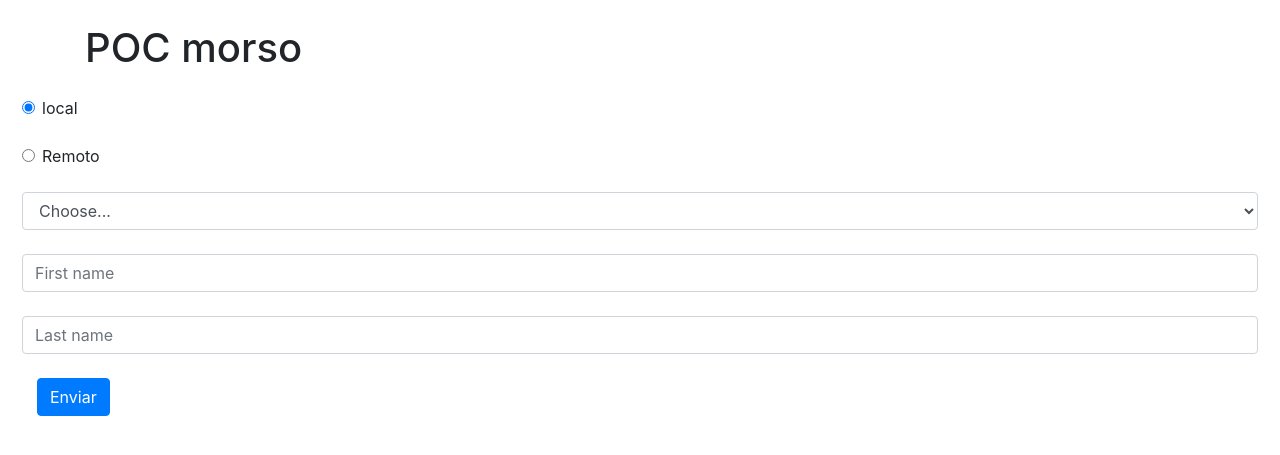
Repository: marisaoliva/poc-execute-cmd
Page: index.html
These files come from the project's save history. The page is drawn as it stood at one moment and after the next save; the edit follows.
The browser window is 1280 px wide. The pictures show the whole page.

Above is the page before, as saved 2019-03-01 14:59:48.

After the next save:
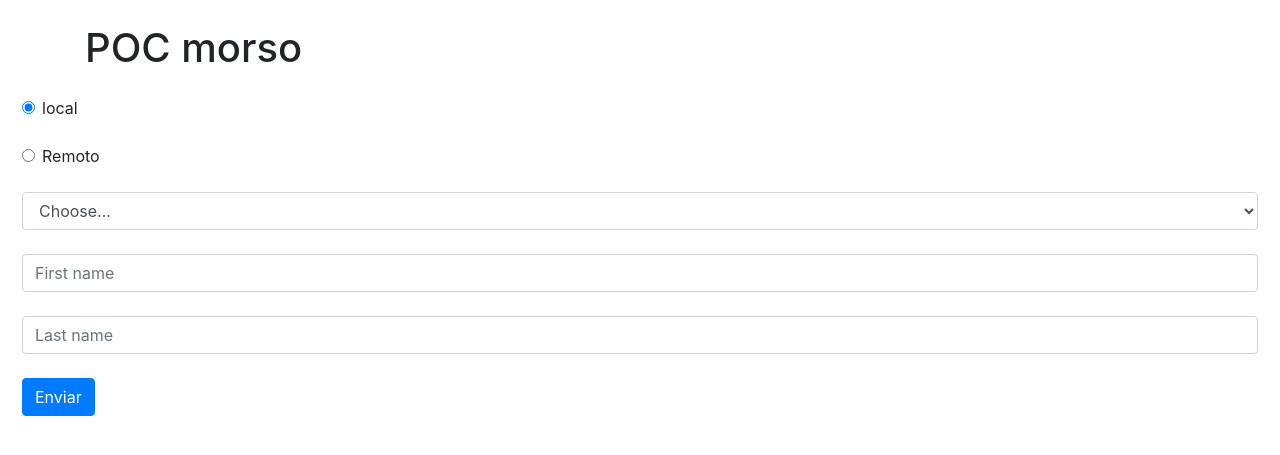
Saved 5 s later.
--- a/index.html
+++ b/index.html
@@ -32,9 +32,7 @@
                         <input type="text" class="form-control" placeholder="Last name">
                     </div>
                     <div class='row mt-4'>
-                        <div class='col-12'>
-                            <button type="button" class="btn btn-primary">Enviar</button>
-                        </div>
+                       <button type="button" class="btn btn-primary">Enviar</button>
                     </div>
                 </div>
 
